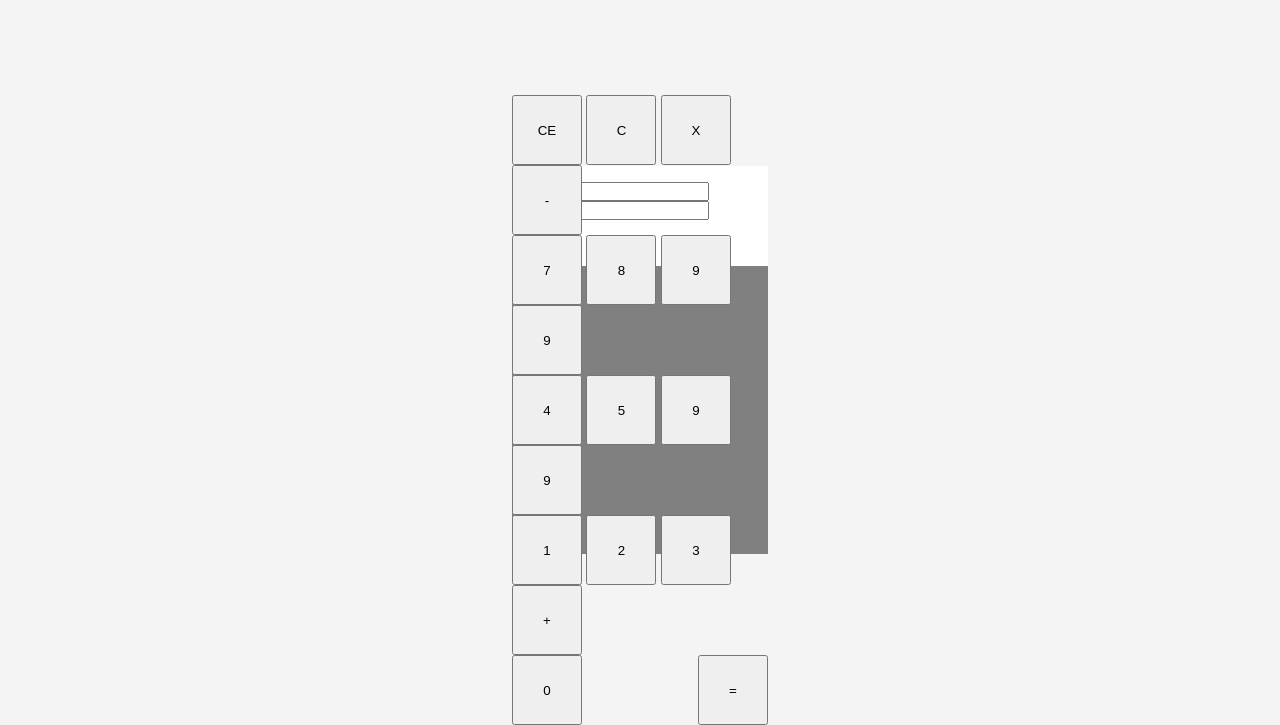
Repository: DNature/calc
Page: index.html
The author's editor kept a copy of each file at every save. The page is drawn from the files as they stood at one save, then again after the next save.
The browser window is 1280 px wide. The pictures show the whole page.

Above is the page before, as saved 2019-11-20 23:53:03.

### index.html
<!DOCTYPE html>
<html lang="en">
  <head>
    <meta charset="UTF-8" />
    <meta name="viewport" content="width=device-width, initial-scale=1.0" />
    <meta http-equiv="X-UA-Compatible" content="ie=edge" />
    <link rel="stylesheet" href="css/style.css" />
    <title>Calculator</title>
  </head>
  <body>
    <div class="calculator">
      <div class="output">
        <input type="number" id="subField" />
        <input type="number" id="mainField" />
      </div>

      <div class="inputs">
        <div class="row">
          <button id="" class="button">CE</button>
          <button id="" class="button">C</button>
          <button id="" class="button">X</button>
          <button id="" class="button">-</button>
        </div>
        <div class="row">
          <button id="" class="button">7</button>
          <button id="" class="button">8</button>
          <button id="" class="button">9</button>
          <button id="" class="button">9</button>
        </div>
        <div class="row">
          <button id="" class="button">4</button>
          <button id="" class="button">5</button>
          <button id="" class="button">9</button>
          <button id="" class="button">9</button>
        </div>
        <div class="row">
          <button id="" class="button">1</button>
          <button id="" class="button">2</button>
          <button id="" class="button">3</button>
          <button id="" class="button plus">+</button>
        </div>
        <div class="row equal">
          <button id="" class="button">0</button>
          <button id="" class="button">=</button>
        </div>
      </div>
    </div>
    <script src="./js/index.js"></script>
  </body>
</html>

### css/style.css
* {
  margin: 0;
  padding: 0;
  box-sizing: border-box;
}

body {
  font-family: Arial, Helvetica, sans-serif;
  background: #f4f4f4;
  height: 100vh;
  width: 100vw;
  display: grid;
  place-content: center;
}

.calculator {
  width: 20vw;
  background: white;
  display: grid;
  place-content: center;

  border-radius: 5px;
}

.output {
  height: 100px;
  padding: 1rem;
  background: white;
}

.inputs {
  background: grey;
  display: grid;
  place-content: center;
  height: 40vh;
}

.button {
  width: 70px;
  height: 70px;
}

.equal {
  display: flex;
  justify-content: space-between;
}

Loaded but not shown: js/index.js (no stored copy; drawn as an empty file)

After the next save:
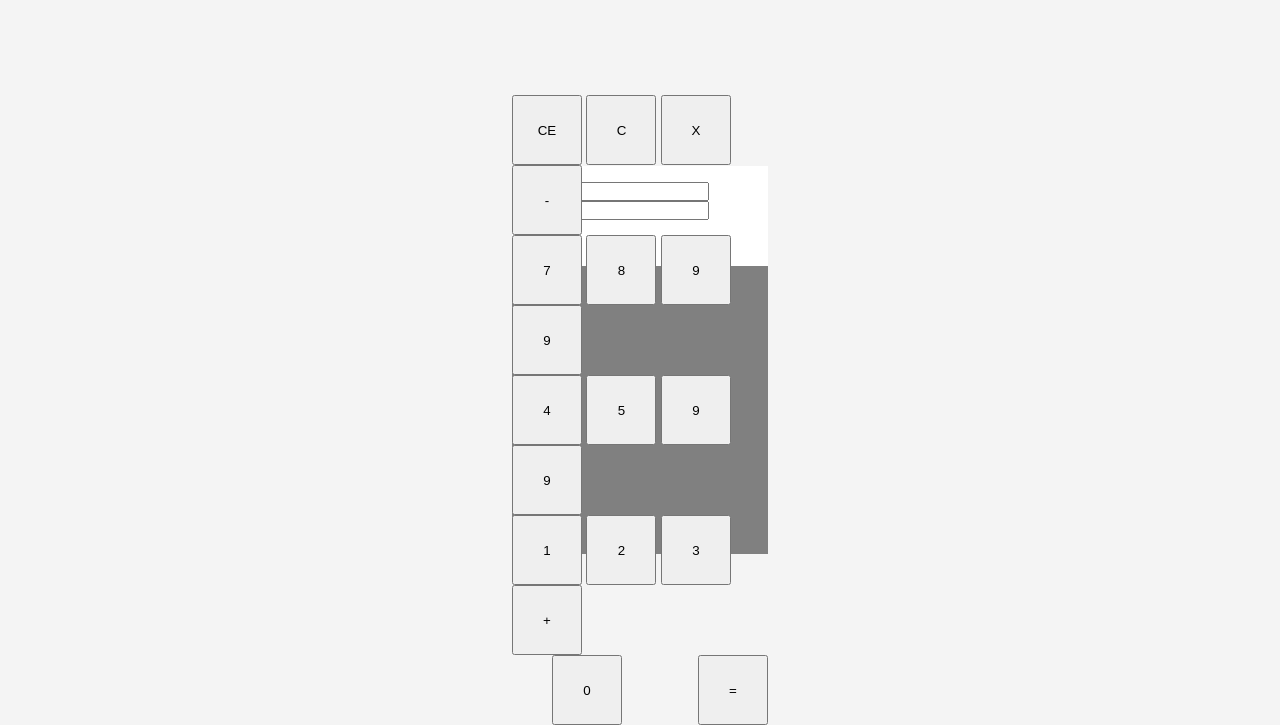
Saved 32 s later.
--- a/css/style.css
+++ b/css/style.css
@@ -44,3 +44,7 @@
   display: flex;
   justify-content: space-between;
 }
+
+.equal :first-child {
+  margin-left: 40px;
+}
